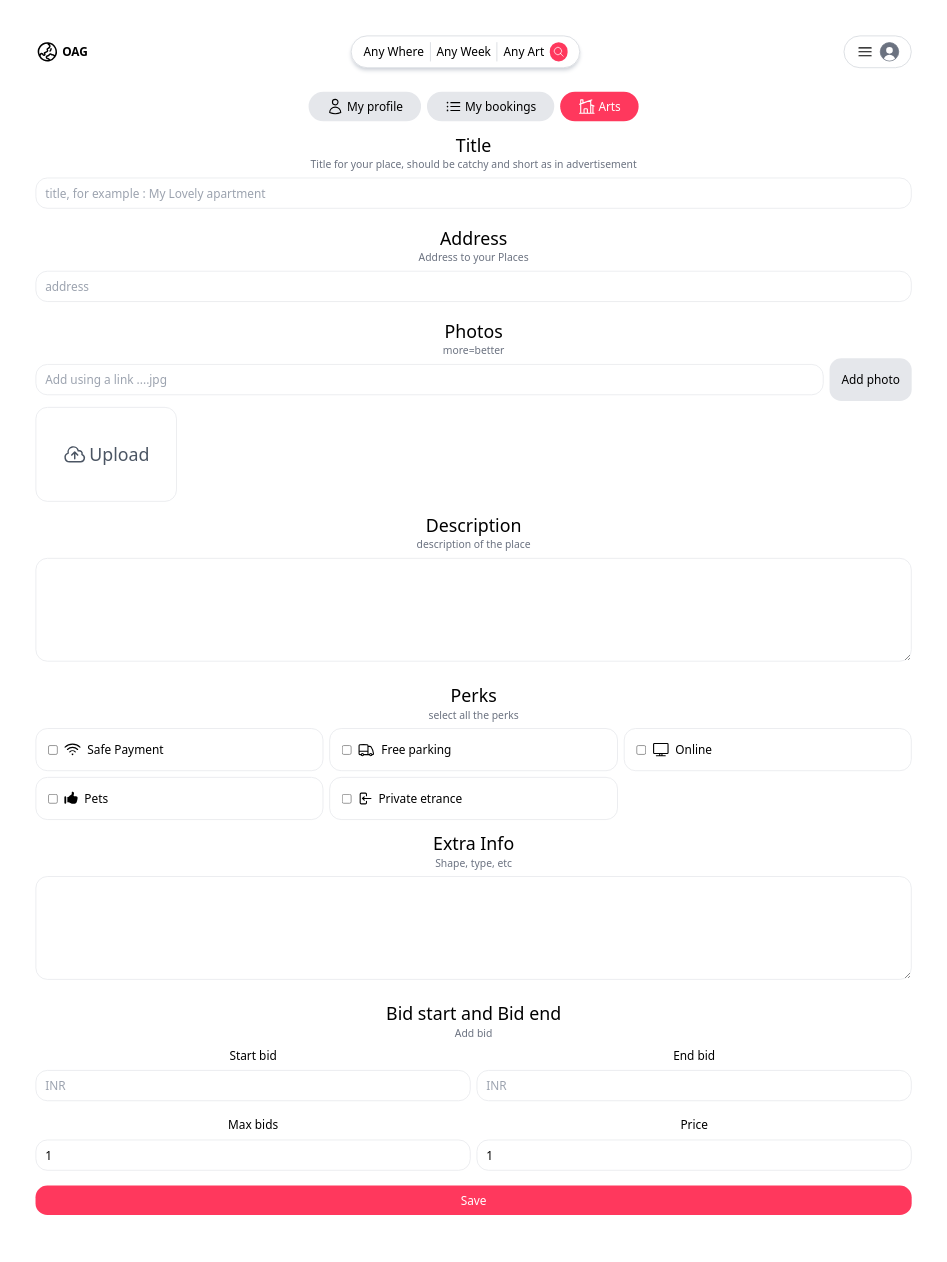
Repository: saurabh22111999/OAG
Page: /account/places/new (app in client/)
An editor plug-in stored every save of this project. The page is shown before and after the next save, followed by the edit.
The browser window is 1280 px wide. The pictures show the whole page, at 74% of full size.
The page's requests for data from a server got no answer. The project was rebuilt for these pictures with package versions that can differ from the ones it lists, and the page was loaded fresh each time. No one was signed in, and anything a server would have sent is missing. Also part of the build but not shown: client/vite.config.js, client/src/Pages/IndexPages.jsx, client/src/Pages/LoginPage.jsx, client/src/Pages/RegisterPage.jsx, client/src/Image.jsx, client/src/PlaceImg.jsx, client/src/Pages/PlacesPage.jsx, client/src/Pages/profilePage.jsx.

Above is the page before, as saved 2023-05-12 08:13:37.

### client/src/main.jsx
import React from 'react'
import ReactDOM from 'react-dom/client'
import { BrowserRouter } from 'react-router-dom'
import App from './App'
import './index.css'

ReactDOM.createRoot(document.getElementById('root')).render(
  <React.StrictMode>
  <BrowserRouter>
    <App />
  </BrowserRouter>
  </React.StrictMode>,
)

### client/src/App.jsx
import "./App.css";
import {Routes, Route} from "react-router-dom"
import IndexPages from "./Pages/IndexPages";
import LoginPage from "./Pages/LoginPage";
import Layout from "./Layout";
import RegisterPage from "./Pages/RegisterPage";
import axios from "axios";
import { UserContextProvider } from "./UserContext";

import PlacesPage from "./Pages/PlacesPage";
import ProfilePage from "./Pages/profilePage";
import PlacesFormPage from "./Pages/PlacesFormPage";
axios.defaults.baseURL='http://127.0.0.1:4000'
axios.defaults.withCredentials=true;
function App() {


  return (
    <UserContextProvider>
    <Routes>
    <Route path="/" element={<Layout/>}>
      <Route index element={<IndexPages/>}/>
      <Route path="/login" element={<LoginPage/>}/>
      <Route path="/register" element={<RegisterPage/>}/>
      <Route path="/account" element={<ProfilePage/>}/>
      <Route path="/account/places" element={<PlacesPage/>}/>
      <Route path="/account/places/new" element={<PlacesFormPage/>}/>
      <Route path="/account/places/:id" element={<PlacesFormPage/>}/>


    </Route>
    </Routes>
    </UserContextProvider>
  );
}

export default App;

### client/src/index.css
@tailwind base;
@tailwind components;
@tailwind utilities;


input[type="text"],input[type="password"],input[type="email"],input[type="number"],
textarea
{

    @apply w-full py-2 my-2 px-3 border rounded-2xl;
}
textarea{
    height: 140px;
}
button{
    @apply bg-gray-300;
}
button.primary{
        background-color:#FF385D ;
        @apply bg-primary p-2 w-full text-white rounded-2xl;
}

### client/src/Layout.jsx
import React from 'react'
import { Outlet } from 'react-router-dom'
import Header from './Header'

function Layout() {
  return (<div className='p-4 flex flex-col min-h-screen '>

        <Header/>
        <Outlet/>
  </div>


  )
}

export default Layout

### client/src/UserContext.jsx
import axios from "axios";
import "./App.css";
import { createContext, useEffect, useState } from "react";

export const UserContext=createContext({});
export function UserContextProvider({children}){
    const [user, setUser]=useState(null);
    const [ready,SetReady]=useState(false);
    useEffect(()=>{
        if(!user){
        axios.get('/profile').then(({data})=>{

                setUser(data);
                SetReady(true);
            });

        }


    },[]);

    return(<UserContext.Provider value={{user,setUser,ready}}>

        {children}
    </UserContext.Provider>

    );
}

### client/src/Pages/PlacesFormPage.jsx
import { useEffect, useState } from "react";
import Perks from "../Perks";
import AccountNav from "../AccountNav";
import { Navigate, useParams } from "react-router-dom";
import axios from "axios";
import PhotosUploader from "../PhotosUploader";

export default function PlacesFormPage(){
    const {id}=useParams()

    const[title, setTitle]=useState('');
    const[address, setAddress]=useState('');
    const[addedPhotos, setAddedPhotos]=useState([]);
    const[photoLink, setPhotoLink]=useState('');
    const[description, setdescription]=useState('');
    const[perks, setPerks]=useState([]);
    const[extraInfo, setExtraInfo]=useState('');
    const[startbid, setStartbid]=useState('');
    const[endbid, setEndbid]=useState('');
    const[maxbid, setMaxbid]=useState(1);
    const [redirect,setRedirect]=useState(false);
    const [price,setPrice] = useState(100);
    useEffect(()=>{
if (!id){
    return;
}
axios.get('/places/'+id).then(response=>{
    const{data}=response;
    setTitle(data.title);
       setAddress(data.address);
       setAddedPhotos(data.photos);
       setdescription(data.description);
       setPerks(data.perks);
       setExtraInfo(data.extraInfo);
       setStartbid(data.startbid);
       setEndbid(data.endbid);
       setMaxbid(data.maxbid);

})
    },[id])
    function inputHeader(text){
        return (
        <h2 className="text-2xl mt-4">{text}</h2>
        );
    }
    function inputDesription(text){
        return(
            <p className="text-gray-500 text-sm">{text}</p>
        );
    }
    function preInput(header,description){
        return(

            <>
                {inputHeader(header)}
                {inputDesription(description)}
            </>
        )
    }

    // async function addPhotoByLink(ev){
    //     ev.preventDefault();
    //     const {data:filename}=await axios.post('/upload-by-link',{link:photoLink})
    //     setAddedPhotos(prev=>{

    //         return [...prev,...filename]
    //     })
    //     setPhotoLink('')
    // }
    // function uploadPhoto(ev){
    //     const files=ev.target.files;
    //     const data=new FormData();
    //     for(let i=0;i<files.length;i++){

    //         data.append('photos',files[i]);
    //     }

    //     axios.post('/upload',data,{
    //         headers: {'Content-Type': 'multipart/form-data'}
    //     }).then(response=>{
    //         const{data:filenames}=response;
    //         setAddedPhotos(prev=>{
    //             return [...prev,...filenames];
    //         })
    //     })
    // }

    async function savePlace(ev){
        ev.preventDefault();
        const Photos=addedPhotos
        const placeData={title,address,Photos,
            description,perks,extraInfo,
            startbid,endbid,maxbid}

        if(id){
            //updaye
            await axios.put('/places',{
                id,...placeData

                })
               setRedirect(true)
        }
        else{
            //newoka

            await axios.post('/places',placeData)
              setRedirect(true)
        }

    }
    function redirections(ev){
        ev.preventDefault();
        setRedirect(true)}
    if (redirect) {
        return <Navigate to={'/account/places'}/>
    }
    return(

        <div>
        <AccountNav/>
                <form onSubmit={savePlace}>
                {preInput('Title','Title for your place, should be catchy and short as in advertisement')}

                    <input type='text' placeholder="title, for example : My Lovely apartment" value={title} onChange={ev=>setTitle(ev.target.value)}/>
                {preInput('Address','Address to your Places')}

                    <input type="text" placeholder="address" value={address} onChange={ev=>setAddress(ev.target.value)}/>
                {preInput('Photos','more=better')}
                <PhotosUploader addedPhotos={addedPhotos} onChange={setAddedPhotos} />
                {preInput('Description','description of the place')}

                    <textarea value={description} onChange={ev=>setdescription(ev.target.value)}/>
                {preInput('Perks','select all the perks')}

                    <Perks selected={perks} onChange={setPerks}/>
                {preInput('Extra Info','Shape, type, etc')}

                    <textarea value={extraInfo} onChange={ev=>setExtraInfo(ev.target.value)}/>
                {preInput('Bid start and Bid end','Add bid')}

                    <div className="grid  gap-2 sm:grid-cols-2">
                        <div className="mt-2 -mb-1">
                        <h3>Start bid</h3>
                            <input type="text"
                            placeholder="INR"
                            value={startbid}
                            onChange={ev=>setStartbid(ev.target.value)}/>
                        </div>
                        <div className="mt-2 -mb-1">
                        <h3>End bid</h3>
                            <input type="text"
                            placeholder="INR"
                            value={endbid}
                            onChange={ev=>setEndbid(ev.target.value)}/>
                        </div>
                        <div className="mt-2 -mb-1">
                        <h3>Max bids</h3>
                            <input type="Number"
                            placeholder="Number"
                            value={maxbid}
                             onChange={ev=>setMaxbid(ev.target.value)}/>
                        </div>
                        <div className="mt-2 -mb-1">
                        <h3>Price</h3>
                            <input type="Number"
                            placeholder="Number"
                            value={maxbid}
                             onChange={ev=>setMaxbid(ev.target.value)}/>
                        </div>
                    </div>
                    <button className="primary my-4" >Save</button>
                </form>
            </div>
    )
}

### client/src/Header.jsx
import React, { useContext } from 'react'
import { Link } from 'react-router-dom'
import { UserContext } from './UserContext'

function Header() {
  const {user}=useContext(UserContext);

  return (


    <div className="">
      <header className=" flex justify-between">
        <a href=" " className="flex items-center gap-1">
          <svg
            xmlns="http://www.w3.org/2000/svg"
            fill="none"
            viewBox="0 0 24 24"
            strokeWidth="1.5"
            stroke="currentColor"
            className="w-8 h-8"
          >
            <path
              strokeLinecap="round"
              strokeLinejoin="round"
              d="M12.75 3.03v.568c0 .334.148.65.405.864l1.068.89c.442.369.535 1.01.216 1.49l-.51.766a2.25 2.25 0 01-1.161.886l-.143.048a1.107 1.107 0 00-.57 1.664c.369.555.169 1.307-.427 1.605L9 13.125l.423 1.059a.956.956 0 01-1.652.928l-.679-.906a1.125 1.125 0 00-1.906.172L4.5 15.75l-.612.153M12.75 3.031a9 9 0 00-8.862 12.872M12.75 3.031a9 9 0 016.69 14.036m0 0l-.177-.529A2.25 2.25 0 0017.128 15H16.5l-.324-.324a1.453 1.453 0 00-2.328.377l-.036.073a1.586 1.586 0 01-.982.816l-.99.282c-.55.157-.894.702-.8 1.267l.073.438c.08.474.49.821.97.821.846 0 1.598.542 1.865 1.345l.215.643m5.276-3.67a9.012 9.012 0 01-5.276 3.67m0 0a9 9 0 01-10.275-4.835M15.75 9c0 .896-.393 1.7-1.016 2.25"
            />
          </svg>

          <span className="font-bold text-al">OAG</span>
        </a>
        <div className="flex gap-2 border border-gray-300 rounded-full py-2 px-4 shadow-md shadow-gray-300">
          <div>Any Where</div>
          <div className="border-l border-gray-300"></div>
          <div>Any Week</div>
          <div className="border-l border-gray-300"></div>
          <div>Any Art</div>
          <button className="bg-primary text-white p-1 rounded-full ">
            <svg
              xmlns="http://www.w3.org/2000/svg"
              fill="none"
              viewBox="0 0 24 24"
              strokeWidth={1.5}
              stroke="currentColor"
              className="w-4 h-4"
            >
              <path
                strokeLinecap="round"
                strokeLinejoin="round"
                d="M21 21l-5.197-5.197m0 0A7.5 7.5 0 105.196 5.196a7.5 7.5 0 0010.607 10.607z"
              />
            </svg>
          </button>
        </div>
        <Link to={user?'/account':'/login'} className="flex  items-center gap-2 border border-gray-300 rounded-full py-2 px-4 ">
          <svg
            xmlns="http://www.w3.org/2000/svg"
            fill="none"
            viewBox="0 0 24 24"
            strokeWidth={1.5}
            stroke="currentColor"
            className="w-6 h-6"
          >
            <path
              strokeLinecap="round"
              strokeLinejoin="round"
              d="M3.75 6.75h16.5M3.75 12h16.5m-16.5 5.25h16.5"
            />
          </svg>
          <div className="bg-gray-500 text-white border rounded-full border-gray-500 overflow-hidden">
          <svg xmlns="http://www.w3.org/2000/svg" viewBox="0 0 24 24" fill="currentColor" className="w-6 h-6 relative top-1">
  <path fillRule="evenodd" d="M7.5 6a4.5 4.5 0 119 0 4.5 4.5 0 01-9 0zM3.751 20.105a8.25 8.25 0 0116.498 0 .75.75 0 01-.437.695A18.683 18.683 0 0112 22.5c-2.786 0-5.433-.608-7.812-1.7a.75.75 0 01-.437-.695z" clipRule="evenodd" />
</svg>
</div>
{!!user && (
  <div>
    {user.name}
  </div>
)}


        </Link>
      </header>
    </div>
  )
}

export default Header

### client/src/AccountNav.jsx
import { Link, Navigate, useLocation, useParams } from "react-router-dom";
export default function AccountNav(){
    const {pathname}=useLocation();

    function linkClasses(type=null){
    let subpage=pathname.split('/')?.[2];
    if (subpage===undefined){
        subpage='profile';
    }
        let className= 'inline-flex items-center gap-1 py-2 px-6 bg-gray-200 rounded-full';
        if(type===subpage){
            className='inline-flex items-center gap-1 py-2 px-6 bg-primary text-white rounded-full';

        }
        return className;
    }
    return(
        <nav className="w-full flex justify-center mt-8 gap-2">
                <Link className={linkClasses('profile')}  to ={'/account'}>
                <svg xmlns="http://www.w3.org/2000/svg" fill="none" viewBox="0 0 24 24" strokeWidth={1.5} stroke="currentColor" className="w-6 h-6">
  <path strokeLinecap="round" strokeLinejoin="round" d="M15.75 6a3.75 3.75 0 11-7.5 0 3.75 3.75 0 017.5 0zM4.501 20.118a7.5 7.5 0 0114.998 0A17.933 17.933 0 0112 21.75c-2.676 0-5.216-.584-7.499-1.632z" />
</svg>

                My profile
                </Link>
                <Link className={linkClasses('bookings')} to ={'/account/bookings'}>
                <svg xmlns="http://www.w3.org/2000/svg" fill="none" viewBox="0 0 24 24" strokeWidth={1.5} stroke="currentColor" className="w-6 h-6">
  <path strokeLinecap="round" strokeLinejoin="round" d="M8.25 6.75h12M8.25 12h12m-12 5.25h12M3.75 6.75h.007v.008H3.75V6.75zm.375 0a.375.375 0 11-.75 0 .375.375 0 01.75 0zM3.75 12h.007v.008H3.75V12zm.375 0a.375.375 0 11-.75 0 .375.375 0 01.75 0zm-.375 5.25h.007v.008H3.75v-.008zm.375 0a.375.375 0 11-.75 0 .375.375 0 01.75 0z" />
</svg>

                My bookings
                </Link>
                <Link className={linkClasses('places')} to ={'/account/places'}>
                <svg xmlns="http://www.w3.org/2000/svg" fill="none" viewBox="0 0 24 24" strokeWidth={1.5} stroke="currentColor" className="w-6 h-6">
  <path strokeLinecap="round" strokeLinejoin="round" d="M8.25 21v-4.875c0-.621.504-1.125 1.125-1.125h2.25c.621 0 1.125.504 1.125 1.125V21m0 0h4.5V3.545M12.75 21h7.5V10.75M2.25 21h1.5m18 0h-18M2.25 9l4.5-1.636M18.75 3l-1.5.545m0 6.205l3 1m1.5.5l-1.5-.5M6.75 7.364V3h-3v18m3-13.636l10.5-3.819" />
</svg>

                Arts
                </Link>
            </nav>

    )
}

### client/src/Perks.jsx
export default function Perks( {selected,onChange}){
    function handleCbClick(ev){
        const {checked,name} = ev.target;
        if (checked) {
          onChange([...selected,name]);
        } else {
          onChange([...selected.filter(selectedName => selectedName !== name)]);
        }
      }

    return(
        <>
            <div className="grid gap-2 mt-2 grid-cols-2 md:grid-cols-3 lg:grid-cols6">
                        <label className="border p-4 flex rounded-2xl gap-2 items-center cursor-pointer">
                            <input type="checkbox" checked={selected.includes('safePayment')} name="safePayment" onChange={handleCbClick}/>
                            <svg xmlns="http://www.w3.org/2000/svg" fill="none" viewBox="0 0 24 24" strokeWidth={1.5} stroke="currentColor" className="w-6 h-6">
  <path strokeLinecap="round" strokeLinejoin="round" d="M8.288 15.038a5.25 5.25 0 017.424 0M5.106 11.856c3.807-3.808 9.98-3.808 13.788 0M1.924 8.674c5.565-5.565 14.587-5.565 20.152 0M12.53 18.22l-.53.53-.53-.53a.75.75 0 011.06 0z" />
</svg>

                            <span>Safe Payment</span>

                        </label>
                        <label className="border p-4 flex rounded-2xl gap-2 items-center cursor-pointer">
                            <input type="checkbox" checked={selected.includes('FreePark')} name="FreePark" onChange={handleCbClick}/>
                            <svg xmlns="http://www.w3.org/2000/svg" fill="none" viewBox="0 0 24 24" strokeWidth={1.5} stroke="currentColor" className="w-6 h-6">
  <path strokeLinecap="round" strokeLinejoin="round" d="M8.25 18.75a1.5 1.5 0 01-3 0m3 0a1.5 1.5 0 00-3 0m3 0h6m-9 0H3.375a1.125 1.125 0 01-1.125-1.125V14.25m17.25 4.5a1.5 1.5 0 01-3 0m3 0a1.5 1.5 0 00-3 0m3 0h1.125c.621 0 1.129-.504 1.09-1.124a17.902 17.902 0 00-3.213-9.193 2.056 2.056 0 00-1.58-.86H14.25M16.5 18.75h-2.25m0-11.177v-.958c0-.568-.422-1.048-.987-1.106a48.554 48.554 0 00-10.026 0 1.106 1.106 0 00-.987 1.106v7.635m12-6.677v6.677m0 4.5v-4.5m0 0h-12" />
</svg>

                            <span>Free parking</span>

                        </label>
                        <label className="border p-4 flex rounded-2xl gap-2 items-center cursor-pointer">
                            <input type="checkbox" checked={selected.includes('Online')} name="Online" onChange={handleCbClick}/>
                            <svg xmlns="http://www.w3.org/2000/svg" fill="none" viewBox="0 0 24 24" strokeWidth={1.5} stroke="currentColor" className="w-6 h-6">
  <path strokeLinecap="round" strokeLinejoin="round" d="M6 20.25h12m-7.5-3v3m3-3v3m-10.125-3h17.25c.621 0 1.125-.504 1.125-1.125V4.875c0-.621-.504-1.125-1.125-1.125H3.375c-.621 0-1.125.504-1.125 1.125v11.25c0 .621.504 1.125 1.125 1.125z" />
</svg>

                            <span>Online</span>

                        </label>
                        <label className="border p-4 flex rounded-2xl gap-2 items-center cursor-pointer">
                            <input type="checkbox" checked={selected.includes('Pets')} name="Pets" onChange={handleCbClick}/>
                            <svg xmlns="http://www.w3.org/2000/svg" viewBox="0 0 20 20" fill="currentColor" className="w-5 h-5">
  <path d="M1 8.25a1.25 1.25 0 112.5 0v7.5a1.25 1.25 0 11-2.5 0v-7.5zM11 3V1.7c0-.268.14-.526.395-.607A2 2 0 0114 3c0 .995-.182 1.948-.514 2.826-.204.54.166 1.174.744 1.174h2.52c1.243 0 2.261 1.01 2.146 2.247a23.864 23.864 0 01-1.341 5.974C17.153 16.323 16.072 17 14.9 17h-3.192a3 3 0 01-1.341-.317l-2.734-1.366A3 3 0 006.292 15H5V8h.963c.685 0 1.258-.483 1.612-1.068a4.011 4.011 0 012.166-1.73c.432-.143.853-.386 1.011-.814.16-.432.248-.9.248-1.388z" />
</svg>

                            <span>Pets</span>

                        </label>
                        <label className="border p-4 flex rounded-2xl gap-2 items-center cursor-pointer">
                            <input type="checkbox" checked={selected.includes('')} name="PrivateEntry" onChange={handleCbClick}/>
                            <svg xmlns="http://www.w3.org/2000/svg" viewBox="0 0 20 20" fill="currentColor" className="w-5 h-5">
  <path fillRule="evenodd" d="M3 4.25A2.25 2.25 0 015.25 2h5.5A2.25 2.25 0 0113 4.25v2a.75.75 0 01-1.5 0v-2a.75.75 0 00-.75-.75h-5.5a.75.75 0 00-.75.75v11.5c0 .414.336.75.75.75h5.5a.75.75 0 00.75-.75v-2a.75.75 0 011.5 0v2A2.25 2.25 0 0110.75 18h-5.5A2.25 2.25 0 013 15.75V4.25z" clipRule="evenodd" />
  <path fillRule="evenodd" d="M19 10a.75.75 0 00-.75-.75H8.704l1.048-.943a.75.75 0 10-1.004-1.114l-2.5 2.25a.75.75 0 000 1.114l2.5 2.25a.75.75 0 101.004-1.114l-1.048-.943h9.546A.75.75 0 0019 10z" clipRule="evenodd" />
</svg>

                            <span>Private etrance</span>

                        </label>
                    </div>
        </>
    );
}

Loaded but not shown: client/index.html (common file); client/src/App.css (common file); client/tailwind.config.js (14 lines, source omitted); client/src/PhotosUploader.jsx (91 lines, source omitted)

After the next save:
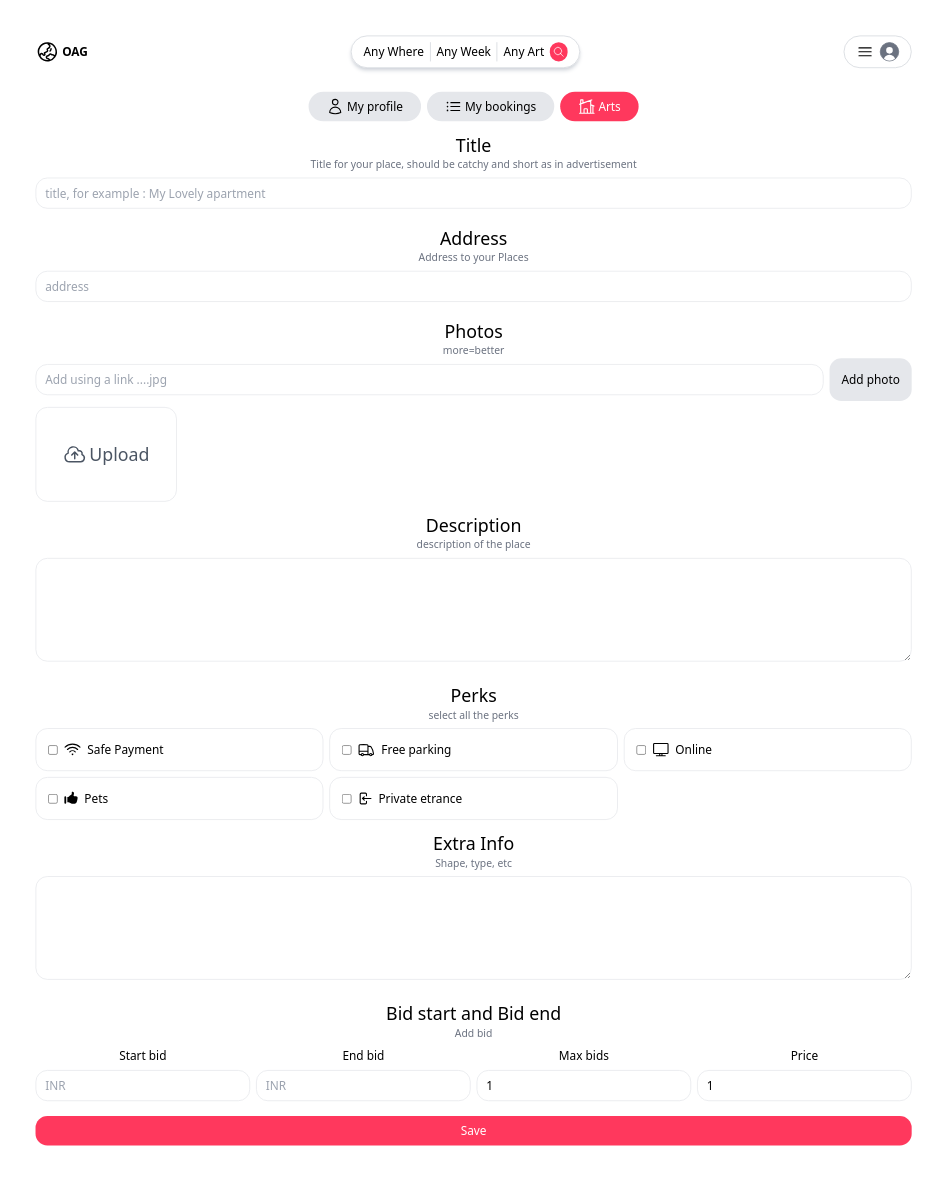
Saved 13 s later.
--- a/client/src/Pages/PlacesFormPage.jsx
+++ b/client/src/Pages/PlacesFormPage.jsx
@@ -138,7 +138,7 @@ axios.get('/places/'+id).then(response=>{
                     <textarea value={extraInfo} onChange={ev=>setExtraInfo(ev.target.value)}/>
                 {preInput('Bid start and Bid end','Add bid')}
 
-                    <div className="grid  gap-2 sm:grid-cols-2">
+                    <div className="grid  gap-2 sm:grid-cols-2 md:grid-cols-4">
                         <div className="mt-2 -mb-1">
                         <h3>Start bid</h3>
                             <input type="text"
